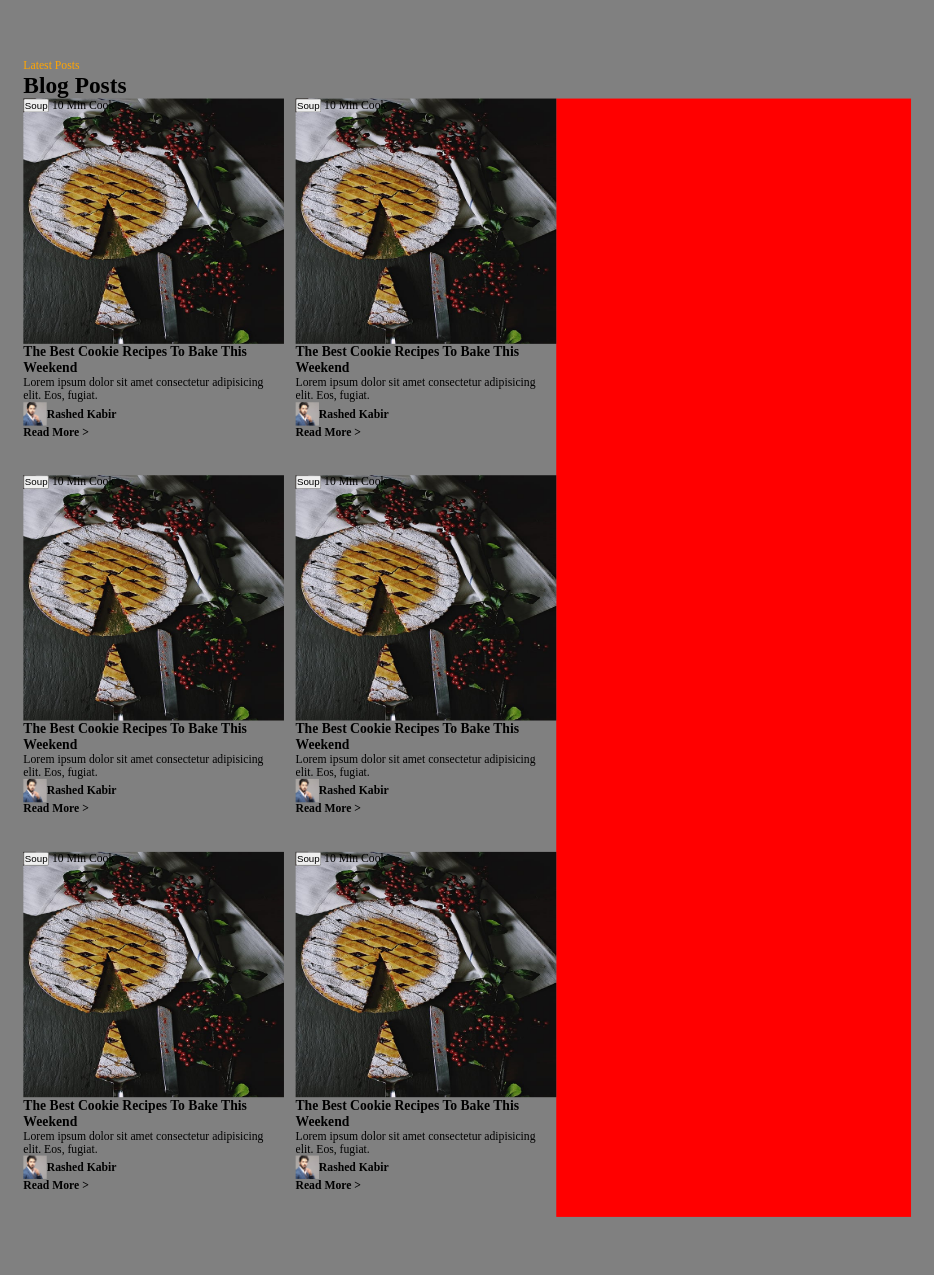
Repository: ngoctinvo/diner_project_cybersoft
Page: html/blog.html
These files come from the project's save history. The page is drawn as it stood at one moment and after the next save; the edit follows.
The browser window is 1280 px wide. The pictures show the whole page, at 73% of full size.
The style sheet was rebuilt from its Sass, Less or Tailwind sources for each picture, by a compiler version that may differ from the author's.

Above is the page before, as saved 2022-04-19 00:13:23.

### html/blog.html
<!DOCTYPE html>
<html lang="en">

<head>
    <meta charset="UTF-8">
    <meta http-equiv="X-UA-Compatible" content="IE=edge">
    <meta name="viewport" content="width=device-width, initial-scale=1.0">
    <title>Document</title>
    <link rel="stylesheet" href="../css/blog.css">
</head>

<body>
    <header></header>
    <section class="blog">
        <div class="container">
            <div class="title">
                <p>Latest Posts</p>
                <h1>Blog Posts</h1>
            </div>
            <div class="row">
                <div class="left-posts">
                    <div class="list">
                        <div class="item">
                            <div class="img">
                                <img src="../img/blog/g4.jpg" alt="">
                                <div class="info-img">
                                    <button>Soup</button>
                                    <span><i class="fa fa-clock"></i> 10 Min Cook</span>
                                </div>

                            </div>
                            <div class="content">
                                <h3>The Best Cookie Recipes To Bake This Weekend</h3>
                                <p>Lorem ipsum dolor sit amet consectetur adipisicing elit. Eos, fugiat.</p>
                            </div>
                            <div class="author">
                                <div class="author-info">
                                    <a href="#">
                                        <img src="../img/blog/team1.jpg" alt="">
                                        <span>Rashed Kabir</span>
                                    </a>
                                </div>

                                <a href="#">Read More ></a>
                            </div>
                        </div>
                        <div class="item">
                            <div class="img">
                                <img src="../img/blog/g4.jpg" alt="">
                                <div class="info-img">
                                    <button>Soup</button>
                                    <span><i class="fa fa-clock"></i> 10 Min Cook</span>
                                </div>

                            </div>
                            <div class="content">
                                <h3>The Best Cookie Recipes To Bake This Weekend</h3>
                                <p>Lorem ipsum dolor sit amet consectetur adipisicing elit. Eos, fugiat.</p>
                            </div>
                            <div class="author">
                                <div class="author-info">
                                    <a href="#">
                                        <img src="../img/blog/team1.jpg" alt="">
                                        <span>Rashed Kabir</span>
                                    </a>
                                </div>

                                <a href="#">Read More ></a>
                            </div>
                        </div>
                        <div class="item">
                            <div class="img">
                                <img src="../img/blog/g4.jpg" alt="">
                                <div class="info-img">
                                    <button>Soup</button>
                                    <span><i class="fa fa-clock"></i> 10 Min Cook</span>
                                </div>

                            </div>
                            <div class="content">
                                <h3>The Best Cookie Recipes To Bake This Weekend</h3>
                                <p>Lorem ipsum dolor sit amet consectetur adipisicing elit. Eos, fugiat.</p>
                            </div>
                            <div class="author">
                                <div class="author-info">
                                    <a href="#">
                                        <img src="../img/blog/team1.jpg" alt="">
                                        <span>Rashed Kabir</span>
                                    </a>
                                </div>

                                <a href="#">Read More ></a>
                            </div>
                        </div>
                        <div class="item">
                            <div class="img">
                                <img src="../img/blog/g4.jpg" alt="">
                                <div class="info-img">
                                    <button>Soup</button>
                                    <span><i class="fa fa-clock"></i> 10 Min Cook</span>
                                </div>

                            </div>
                            <div class="content">
                                <h3>The Best Cookie Recipes To Bake This Weekend</h3>
                                <p>Lorem ipsum dolor sit amet consectetur adipisicing elit. Eos, fugiat.</p>
                            </div>
                            <div class="author">
                                <div class="author-info">
                                    <a href="#">
                                        <img src="../img/blog/team1.jpg" alt="">
                                        <span>Rashed Kabir</span>
                                    </a>
                                </div>

                                <a href="#">Read More ></a>
                            </div>
                        </div>
                        <div class="item">
                            <div class="img">
                                <img src="../img/blog/g4.jpg" alt="">
                                <div class="info-img">
                                    <button>Soup</button>
                                    <span><i class="fa fa-clock"></i> 10 Min Cook</span>
                                </div>

                            </div>
                            <div class="content">
                                <h3>The Best Cookie Recipes To Bake This Weekend</h3>
                                <p>Lorem ipsum dolor sit amet consectetur adipisicing elit. Eos, fugiat.</p>
                            </div>
                            <div class="author">
                                <div class="author-info">
                                    <a href="#">
                                        <img src="../img/blog/team1.jpg" alt="">
                                        <span>Rashed Kabir</span>
                                    </a>
                                </div>

                                <a href="#">Read More ></a>
                            </div>
                        </div>
                        <div class="item">
                            <div class="img">
                                <img src="../img/blog/g4.jpg" alt="">
                                <div class="info-img">
                                    <button>Soup</button>
                                    <span><i class="fa fa-clock"></i> 10 Min Cook</span>
                                </div>

                            </div>
                            <div class="content">
                                <h3>The Best Cookie Recipes To Bake This Weekend</h3>
                                <p>Lorem ipsum dolor sit amet consectetur adipisicing elit. Eos, fugiat.</p>
                            </div>
                            <div class="author">
                                <div class="author-info">
                                    <a href="#">
                                        <img src="../img/blog/team1.jpg" alt="">
                                        <span>Rashed Kabir</span>
                                    </a>
                                </div>

                                <a href="#">Read More ></a>
                            </div>
                        </div>
                    </div>
                    <div class="control-btn"></div>
                </div>
                <div class="right-posts">
                    <!-- <div class="right-container">
                        <div class="item latest-recipes">
                            <h2>Lastest recipes</h2>
                            <div class="list">
                                <div class="item">
                                    <img src="../img/blog/banner1.jpg">
                                    <span>How to make capuccino</span>
                                </div>
                                <div class="item">
                                    <img src="../img/blog/banner1.jpg">
                                    <span>How to make capuccino</span>
                                </div>
                                <div class="item">
                                    <img src="../img/blog/banner1.jpg">
                                    <span>How to make capuccino</span>
                                </div>
                                <div class="item">
                                    <img src="../img/blog/banner1.jpg">
                                    <span>How to make capuccino</span>
                                </div>
                            </div>
                        </div>
                        <div class="item trending-posts">
                            <h3>Trending posts</h3>
                            <div class="list">
                                <div class="item">
                                    <img src="../img/blog/g3.jpg" alt="">
                                    <div class="info">
                                        <p>12 Curry Recipes You’ll Ever Need</p>
                                        <span>Feb 4, 2021</span>
                                    </div>
                                </div>
                            </div>
                        </div>
                        <div class="item categories">
                            <h3>Categories</h3>
                            <ul>
                                <li>
                                    <a href="#">Desserts</a>
                                </li>
                                <li>
                                    <a href="#">Cakes and Biscuits</a>
                                </li>
                                <li>
                                    <a href="#">Food recipes</a>
                                </li>

                            </ul>
                        </div>
                        <div class="item advertisement">
                            <h3>Advertisement</h3>
                            <img src="../img/blog/g1.jpg" alt="">
                        </div>
                    </div> -->



                </div>
            </div>
        </div>
        </div>
    </section>
    <footer></footer>
</body>

</html>

### sass/blog.scss
* {
    margin: 0;
    padding: 0;
    box-sizing: border-box;
}

.blog {
    color: black;
    .container {
        width: 100%;
        background-color: gray;
        padding: 5rem 2rem;
        .title {
            p {
                color: orange;
                font-size: 1rem;
            }
            h1 {
                font-size: 2rem;
            }
        }
        .row {
            display: flex;
            flex-direction: row;
            .left-posts {
                width: 60%;
                .list {
                    display: grid;
                    grid-template-columns: 1fr 1fr;
                    grid-template-rows: repeat(3, 500px);
                    gap: 1rem;
                    .item {
                        margin-bottom: 5rem;
                        .img {
                            position: relative;
                            height: 80%;
                            img {
                                width: 100%;
                                height: 100%;
                            }
                            .info-img {
                                position: absolute;
                                width: 100%;
                                height: 100%;
                                top: 0;
                                left: 0;
                            }
                        }
                        .author {
                            a {
                                display: flex;
                                flex-direction: row;
                                align-items: center;
                            }
                            .author-info {
                                margin-right: 1rem;
                                img {
                                    width: 2rem;
                                }
                            }
                            a {
                                text-decoration: none;
                                color: black;
                                font-size: 1rem;
                                font-weight: 600;
                            }
                        }
                    }
                }
            }
            .right-posts {
                width: 40%;
                background-color: red;
            }
        }
    }
}

After the next save:
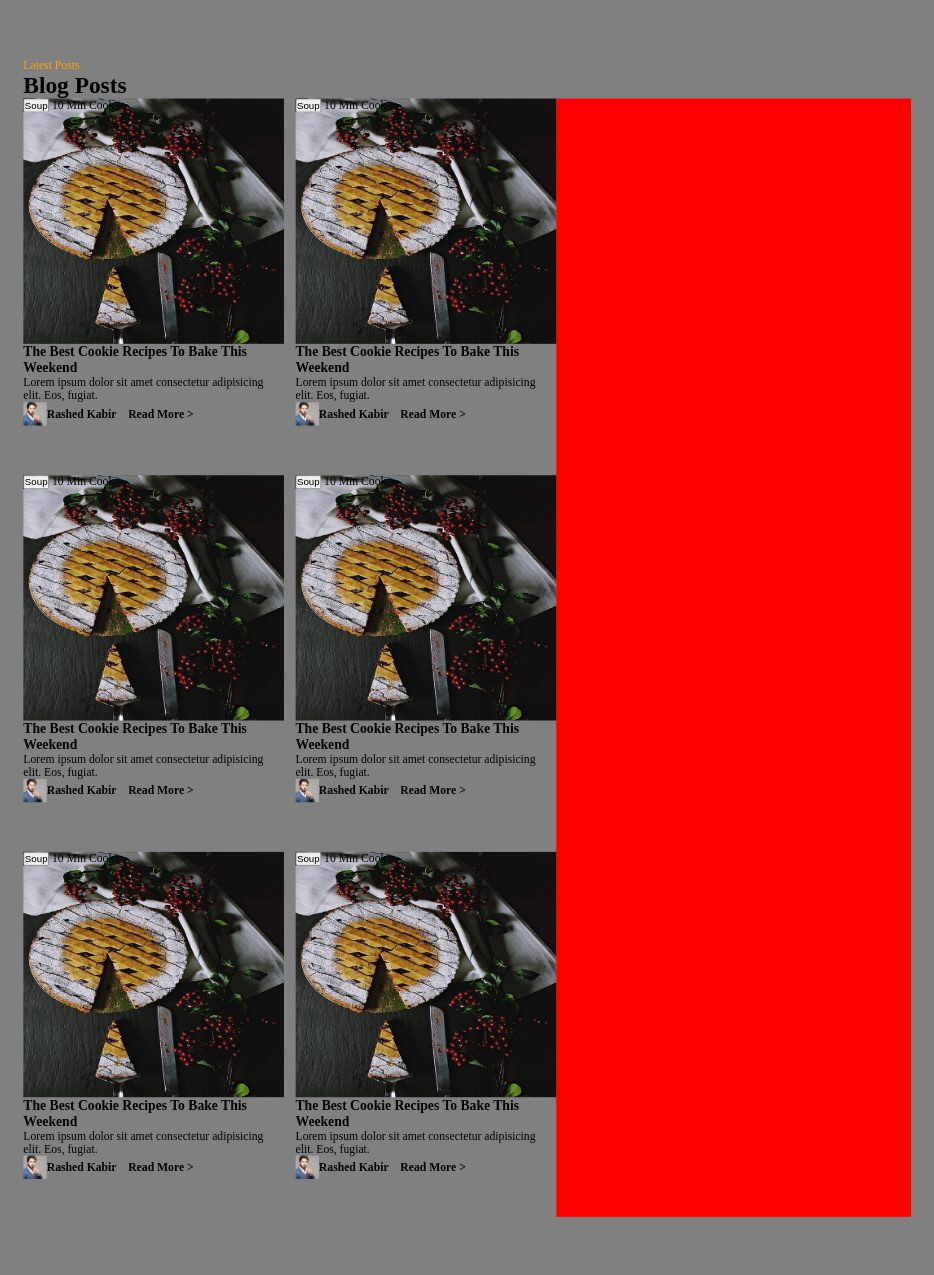
Saved 36 s later.
--- a/sass/blog.scss
+++ b/sass/blog.scss
@@ -47,6 +47,9 @@
                             }
                         }
                         .author {
+                            display: flex;
+                            flex-direction: row;
+                            align-items: center;
                             a {
                                 display: flex;
                                 flex-direction: row;
